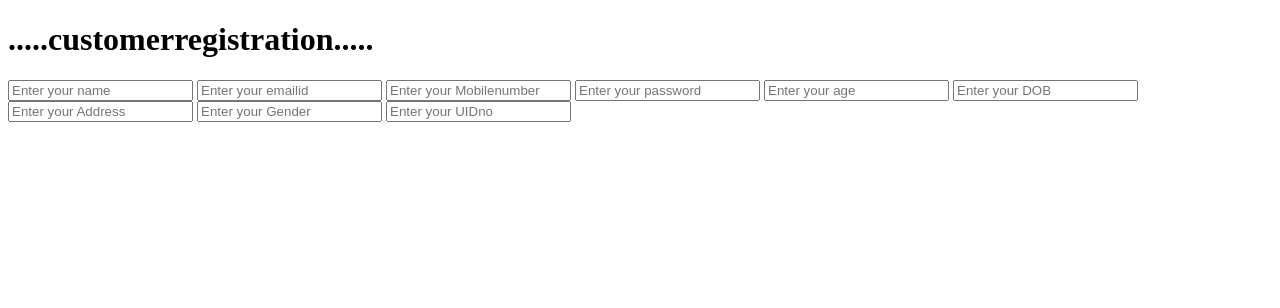
Repository: vinay14121997/test
Page: http://localhost/HotelManagementSystemByUsingSpringWebMVCWithClassConfig/CoustomerRegistration.jsp
These files come from the project's save history. The page is drawn as it stood at one moment and after the next save; the edit follows.
The browser window is 1280 px wide. The pictures show the whole page.
The page is served by Tomcat 9.

Above is the page before, as saved 2024-09-20 11:17:05.

After the next save:
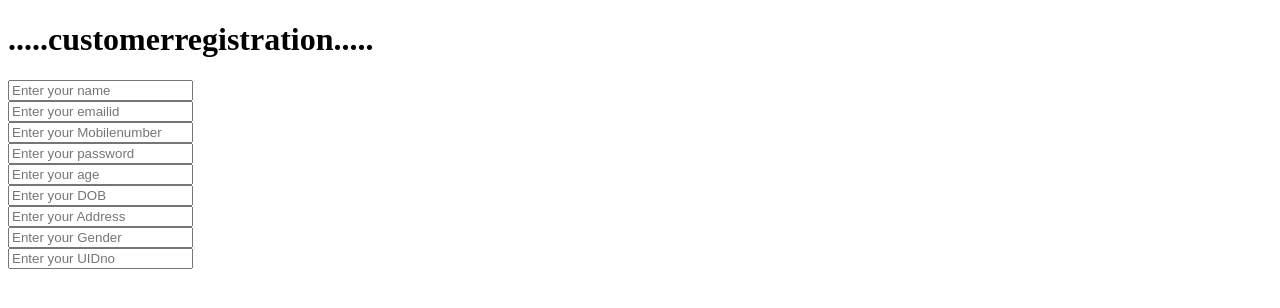
Saved 63 s later.
--- a/HotelManagementSystemByUsingSpringWebMVCWithClassConfig/src/main/webapp/CoustomerRegistration.jsp
+++ b/HotelManagementSystemByUsingSpringWebMVCWithClassConfig/src/main/webapp/CoustomerRegistration.jsp
@@ -10,13 +10,21 @@
 <form action="customerregistration">
 <h1>.....customerregistration.....</h1>
 <input placeholder="Enter your name">
+<br>
 <input placeholder="Enter your emailid">
+<br>
 <input placeholder="Enter your Mobilenumber">
+<br>
 <input placeholder="Enter your password">
+<br>
 <input placeholder="Enter your age">
+<br>
 <input placeholder="Enter your DOB">
+<br>
 <input placeholder="Enter your Address">
+<br>
 <input placeholder="Enter your Gender">
+<br>
 <input placeholder="Enter your UIDno">
 
 
